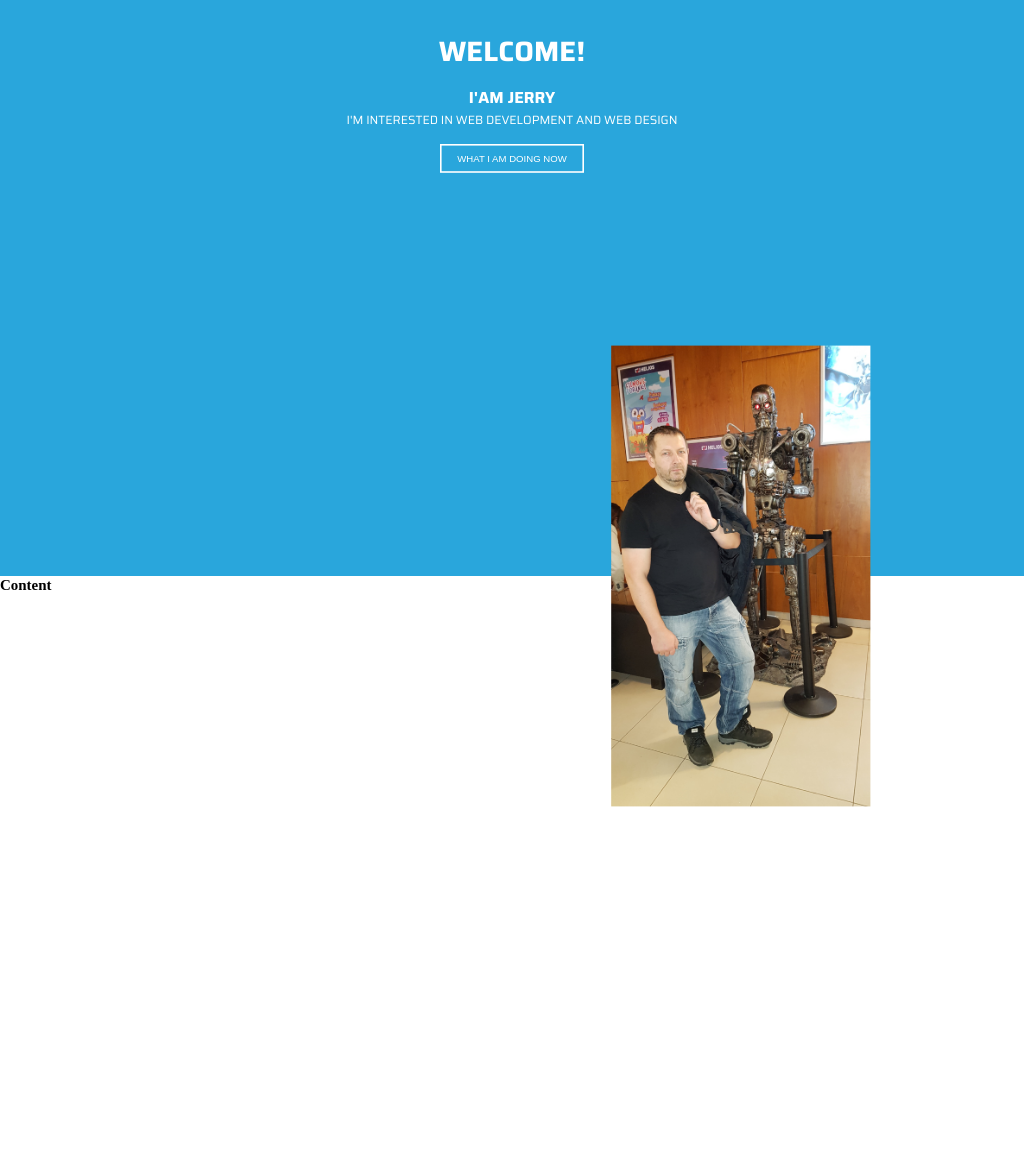
Repository: navanweb/dev
Page: jerry.html
The author's editor kept a copy of each file at every save. The page is drawn from the files as they stood at one save, then again after the next save.
The browser window is 1280 px wide. The pictures show the whole page, at 80% of full size.

Above is the page before, as saved 2019-04-06 19:48:47.

After the next save:
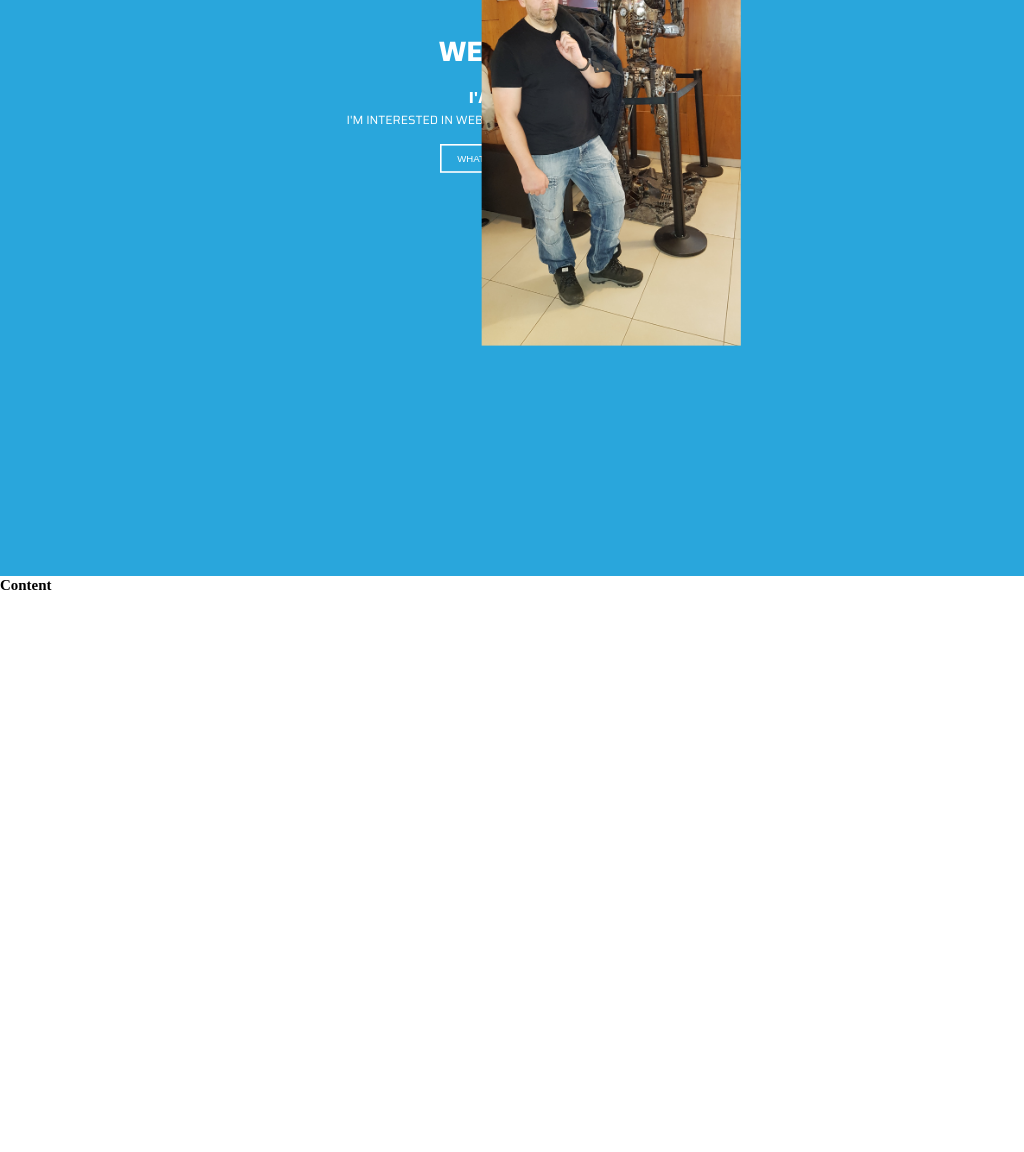
Saved 30 s later.
--- a/css/jerry.css
+++ b/css/jerry.css
@@ -62,7 +62,7 @@ header button {
 @media (orientation:landscape) {
     header img {
         height: 80%;
-        transform: translateY(50%);
+        transform: translate(-50%, -50%);
         bottom: 0;
         right: 15%;
     }
